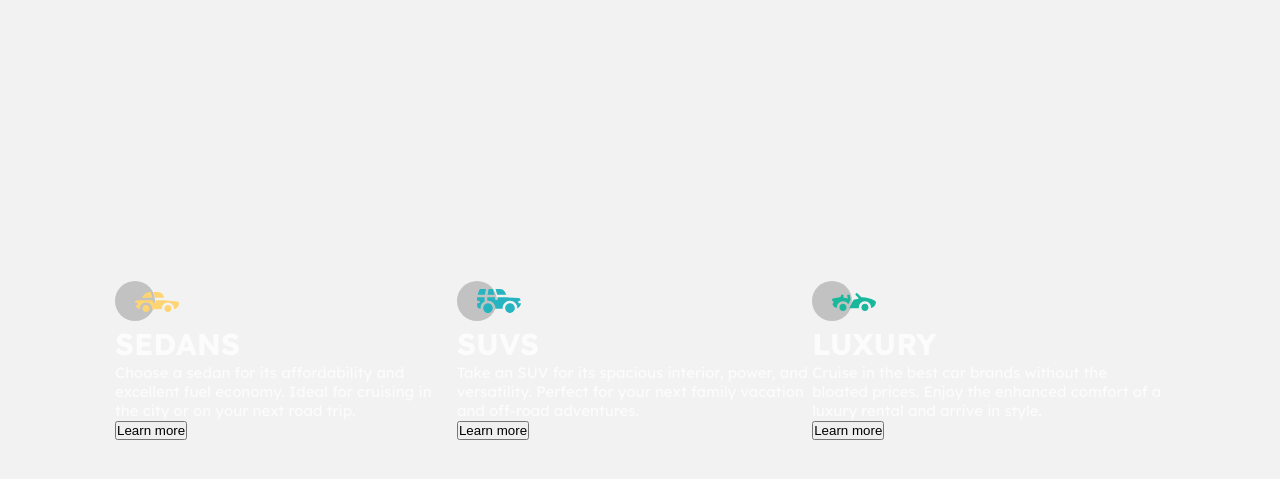
Repository: Pawan-pediredla/frontend-mentors
Page: 3-column-preview-card-component/3-column-preview-card-component-main/markup/index.html
The author's editor kept a copy of each file at every save. The page is drawn from the files as they stood at one save, then again after a run of saves.
The browser window is 1280 px wide. The pictures show the whole page.

Above is the page before, as saved 2024-06-22 13:00:14.

After the next 6 saves:
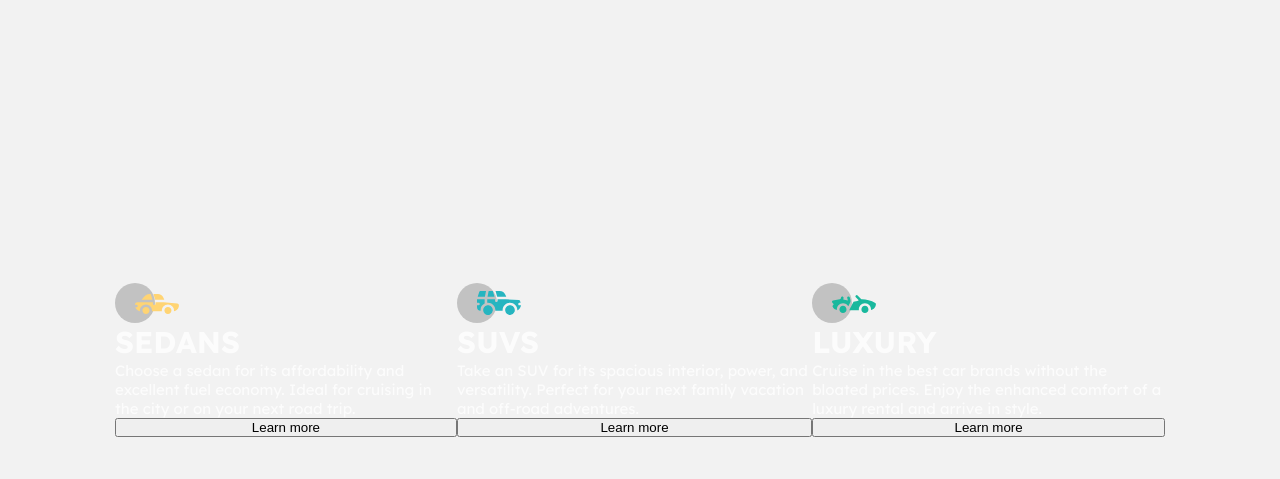
The 6 saves are shown as one change because they came seconds apart.
The last was saved 27 s later.
--- a/3-column-preview-card-component/3-column-preview-card-component-main/styling/index.css
+++ b/3-column-preview-card-component/3-column-preview-card-component-main/styling/index.css
@@ -37,3 +37,13 @@
 display: flex;
 width: 1050px;
 }
+.box{
+    display: grid;
+    .box {
+        height: 450px;
+        width: 100%;
+        padding: 60px;
+        display: grid;
+    }
+
+}
